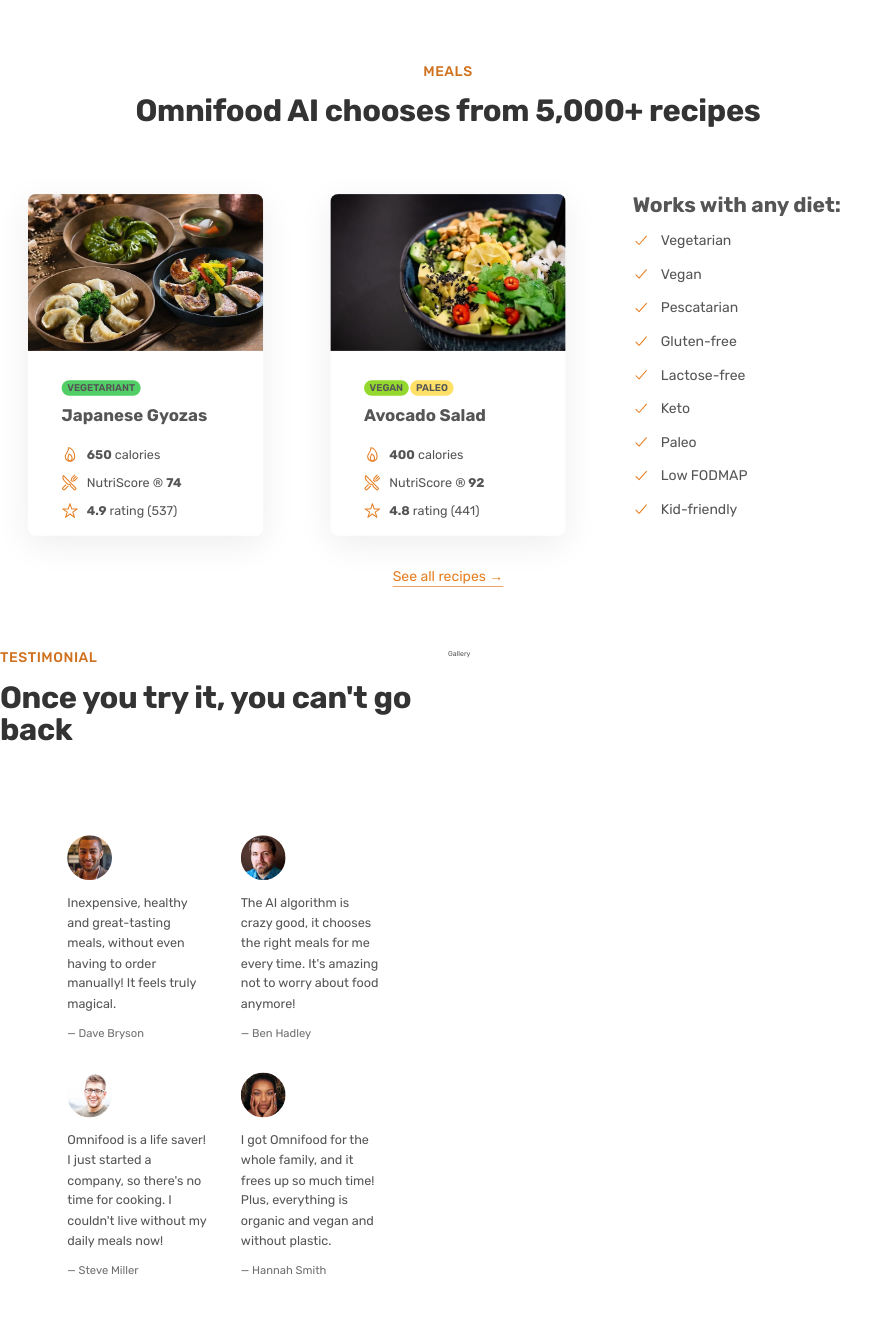
Repository: WefsCao/Omnifood
Page: index.html
These files come from the project's save history. The page is drawn as it stood at one moment and after the next save; the edit follows.
The browser window is 1280 px wide. The pictures show the part of the page from y = 2565 to 4485 px (the page is 4485 px tall), at 70% of full size.

Above is the page before, as saved 2022-06-05 17:45:44.

After the next save:
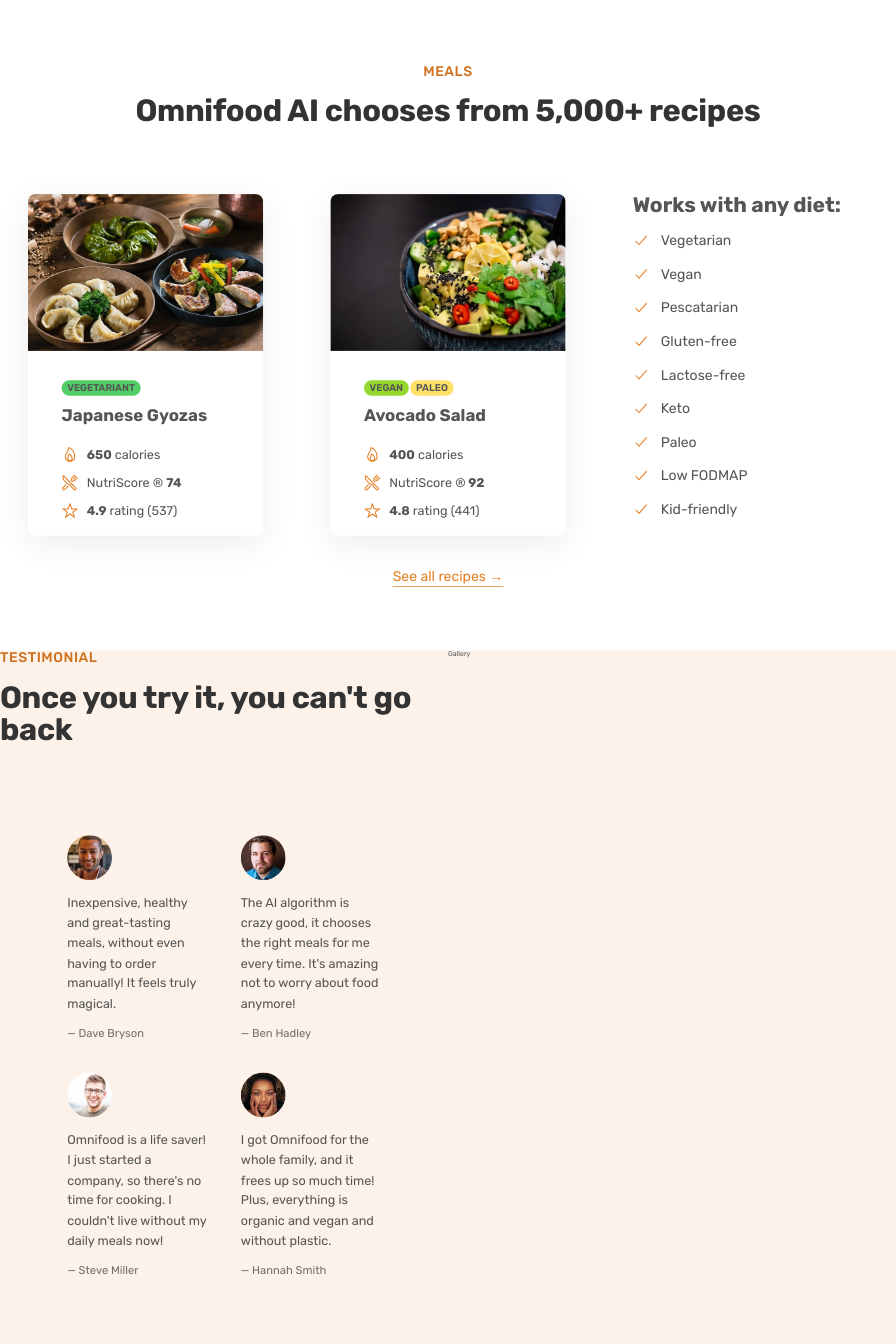
Saved 67 s later.
--- a/css/style.css
+++ b/css/style.css
@@ -305,6 +305,9 @@
 /* TESTIMONIALS SECTION  */
 /****************************************/
 
+.section-testimonials {
+  background-color: #fdf2e9;
+}
 .testimonials {
   display: grid;
   grid-template-columns: 1fr 1fr;
